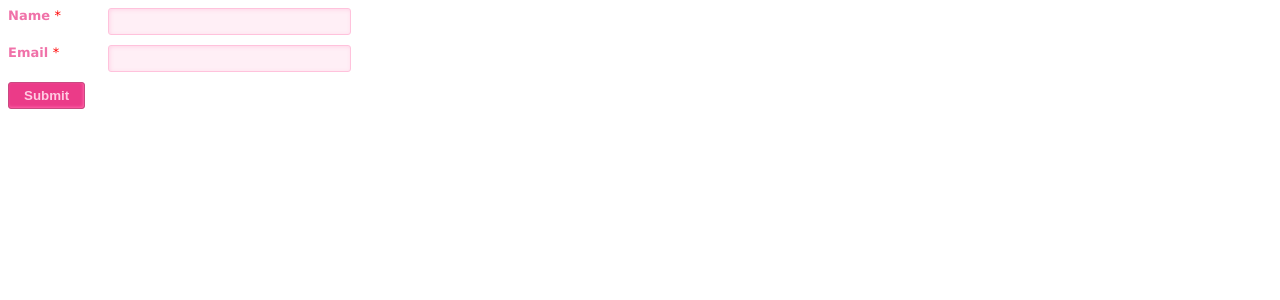
Repository: prm2711/javaapps
Page: eclipse-workspace/ResponsiveApp/WebContent/index.html
An editor plug-in stored every save of this project. The page is shown before and after the next save, followed by the edit.
The browser window is 1280 px wide. The pictures show the whole page.

Above is the page before, as saved 2018-01-25 07:32:56.

After the next save:
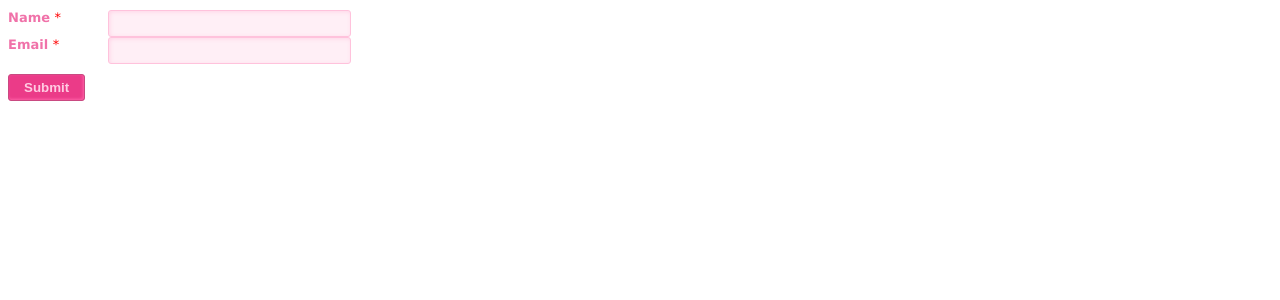
Saved 100 s later.
--- a/eclipse-workspace/ResponsiveApp/WebContent/index.html
+++ b/eclipse-workspace/ResponsiveApp/WebContent/index.html
@@ -8,9 +8,15 @@
 <body>
 	<div class="form-style-3">
 		<form>
-
-				<label for="field1"><span>Name <span class="required">*</span></span><input
-					type="text" class="input-field" name="field1" value="" /></label> <label
+			<div class="row">
+			<div class="col-25">
+				<label for="field1"><span>Name <span class="required">*</span></span>
+			</div>
+			<div class="col-75">
+			<input
+					type="text" class="input-field" name="field1" value="" /></label>
+			</div></div>
+			<label
 					for="field2"><span>Email <span class="required">*</span></span><input
 					type="email" class="input-field" name="field2" value="" /></label>
 				<input
